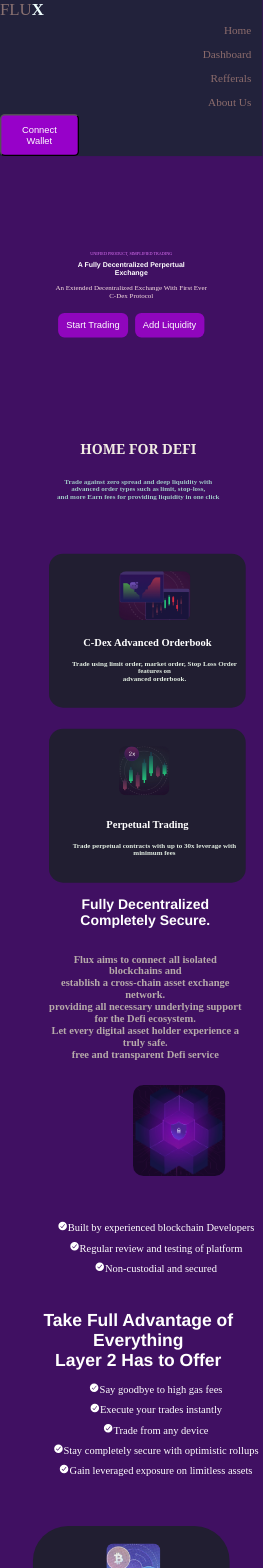
Repository: Tobby004/Flux-figma
Page: index.html
The author's editor kept a copy of each file at every save. The page is drawn from the files as they stood at one save, then again after the next save.
The browser window is 375 px wide. The pictures show the part of the page from y = 0 to 2240 px (the page is 2810 px tall), at 70% of full size.

Above is the page before, as saved 2023-04-29 05:58:03.

### index.html
<!DOCTYPE html>
<html lang="en">
<head>
    <meta charset="UTF-8">
    <meta http-equiv="X-UA-Compatible" content="IE=edge">
    <meta name="viewport" content="width=device-width, initial-scale=1.0">
    <title>Flux Template</title>
    <link rel="stylesheet" href="style.css">
</head>
<body>
   <nav class="navbar">
    <div class="logo">FLU<b>X</b></div>
    <a href="#" class="toggle-title">
        <span class="bar"></span>
        <span class="bar"></span>
        <span class="bar"></span>
    </a>
    <div class="navbar-link">
        <ul>
            <li><a href="#">Home</a></li>
            <li><a href="#">Dashboard</a></li>
            <li><a href="#">Refferals</a></li>
            <li><a href="#">About Us</a></li>
            <button>Connect Wallet</button>
        </ul>
    </div>
   </nav>
    <br><br>
    <h4>UNIFIED PRODUCT, SIMPLIFIED TRADING</h4>
    <h2> A Fully Decentralized Perpertual <br>Exchange </h2>
    <p>An Extended Decentralized Exchange With First Ever <br>C-Dex Protocol</p>
    <div class="button">
        <input type="button" value="Start Trading">
        <input type="button" value="Add Liquidity">
    </div>
<br>
<br>
<div class="section1">
    <h4>HOME FOR DEFI</h4>
    <p>Trade against zero spread and deep liquidity with<br> advanced order types such as limit, stop-loss,<br> and more Earn fees for providing liquidity in one click</p>
</div>
<br><br>
<div class="box">
    <div class="box1">
       <img src="img1.jpg">
  <h3>C-Dex Advanced Orderbook</h3>
  <p>Trade using limit order, market order, Stop Loss Order features on <br>advanced orderbook.</p>
    </div>
    <div class="box2">
        <img src="img2.jpg">
        <h3>Perpetual Trading</h3>
        <p>Trade perpetual contracts with up to 30x leverage with minimum fees</p>
    </div>
</div>
<section>
    <h1>Fully Decentralized <br>Completely Secure.</h1>
    <h6>Flux aims to connect all isolated blockchains and <br>establish a cross-chain asset exchange network.<br>providing all necessary underlying support for the Defi ecosystem.<br> Let every digital asset holder experience a truly safe.<br>free and transparent Defi service</h6>
    <img src="IMG3.jpg">
</section>
    <checkbox>
       <a><ion-icon name="checkmark-circle"></ion-icon>Built by experienced blockchain Developers</i></a>
       <a><ion-icon name="checkmark-circle"></ion-icon>Regular review and testing of platform</a>
       <a><ion-icon name="checkmark-circle"></ion-icon>Non-custodial and secured</a>
       </checkbox>
    <h1>Take Full Advantage of Everything <br>Layer 2 Has to Offer</h1>
    <checkbox>
        <a><ion-icon name="checkmark-circle"></ion-icon>Say goodbye to high gas fees</a>
        <a><ion-icon name="checkmark-circle"></ion-icon>Execute your trades instantly</a>
        <a><ion-icon name="checkmark-circle"></ion-icon>Trade from any device</a>
        <a><ion-icon name="checkmark-circle"></ion-icon>Stay completely secure with optimistic rollups</a>
        <a><ion-icon name="checkmark-circle"></ion-icon>Gain leveraged exposure on limitless assets</a>
    </checkbox>
   <div class="boxing">
    <div class="box3">
        <img src="img5.jpg">
        <h3>C-Dex Advanced Orderbook</h3>
        <p>User buy and sell crypto directly to / from the <br>self custodial wallet of their choice. No Deposits, only. direct crypto-flat transfers</p>
    </div>
   </div>
    <div class="container">
        <h1>FLU<b>X<b/></h1>
        <ul>
        <li><a href="#">Getting started</a></li>
        <li><a href="#">Support</a></li>
        <li><a href="#">FAQ</a></li>
        <li><a href="#">Terms Of Service</a></li>
     <icon1>
    <ion-icon name="logo-twitter"></ion-icon>
    <ion-icon name="logo-facebook"></ion-icon>
    <ion-icon name="logo-instagram"></ion-icon>
    </icon>
    <li><p>Copright 2023 Flux.All Rights Reserved</p></li>
</ul>
</div>
</body>
<script type="module" src="https://unpkg.com/ionicons@7.1.0/dist/ionicons/ionicons.esm.js"></script>
<script src="nav.js"></script>
</html>

### style.css
*{
    box-sizing: border-box;
}
body {
    margin: 0;
    padding: 0;
    background-color: rgb(64, 16, 98);
}
.navbar {
    display: flex;
    justify-content: space-between;
    align-items: center;
    background-color: rgb(34, 34, 59);
    color: rgb(137, 113, 113);
}
.navbar b {
    color: azure;
}
.logo {
    font-size: 1.5rem;
    margin: .5 rem;
}
.navbar-link ul {
   margin: 0;
   padding: 0;
   display: flex;
}
.navbar-link li {
    list-style: none;
}
.navbar-link li a {
    text-decoration: none;
    color: rgb(140, 108, 108);
    padding: 1rem;
    display: block;
}
.navbar-link li :hover{
    color: #555;
}
.toggle-button {
    position: absolute;
    top: .75rem;
    right: 1rem;
    display: none;
    flex-direction: column;
    justify-content: space-between;
    width: 30px;
    height: 21px;
}
.toggle-button .bar {
    height: 3px;
    width: 100%;
    background-color: white;
    border-radius: 10px;
}
 .navbar-link button{
    padding: 13px;
    background:rgb(151, 1, 201);
    border-radius: 7px;
    color: white;
}
h4 {
    margin-top: 100px;
    text-align: center;
    color: rgb(226, 117,252);
}
h2 {
    text-align: center;
    font-size: 50px;
    font: 600px;
    font-family: 'Franklin Gothic Medium', 'Arial Narrow', Arial, sans-serif;
    color: white;
}
p {
    text-align: center;
    color: rgb(248, 225, 225);
}
.button {
    display: flex;
    padding: 10px;
    gap: 10px;
    justify-content: center;
}
input[type="button"]{
    padding: 20px;
    width: 150px;
    border-radius: 9px;
    border: none;
    color: white;
    background-color: rgb(144, 6, 189);
}
 div h4 {
    color: rgb(241, 235, 227);
    font-size: 40px;
    font-weight: lighter;

}
 div p {
    color: rgb(158, 197, 197);
    font-size: 20px;
    font-weight: lighter;
}
.box {
    margin: auto;
    display: flex;
    gap: 20px;
    margin-left: 100px;
}
.box1{
    height: 290px;
    width: 580px;
    background-color: rgb(33, 30, 49);
    border-radius: 20px;
}
.box1 h3 {
    text-align: center;
    color: white;
    font-size: 25px;
    margin-top: 20px;
}
.box1 p {
    text-align: center;
    color: rgb(225, 236, 225);
}
.box1 img{
    margin-top: 25px;
    height: 120px;
    border-radius: 10px;
   margin-left: 200px;
}
.box2 {
    height: 290px;
    width: 580px;
    background-color: rgb(33, 30, 49);
    border-radius: 20px;
}
.box2 h3{
    text-align: center;
    font-size: 25px;
    color: white;
    margin-top: 30px;
}
.box2 p {
    text-align: center;
    color: rgb(225, 236, 225);
}
.box2 img {
    margin-top: 25px;
    height: 120px;
    border-radius: 10px;
   margin-left: 200px;
}
section h1 {
    margin-left: 70px;
    color: white;
    font-size: 50px;
    margin-top: 100px;
}
section img{
    height: 350px;
    border-radius: 15px;
    border: none;
   margin-left: 100px;
   margin-bottom: 50px;

}
section h6 {
    color: rgb(182, 170, 170);
    font-size: 20px;
    margin-left: 70px;
}

checkbox a {
    display: block;
    font-size: 20px;
    position: relative;
    color: white;
    margin-left: 70px;
}

h1 {
    color: white;
    font-size: 50px;
    margin-top: 50px;
    margin-left: 70px;
}
.boxing{
    margin-top: 70px;
}
.box3 {
    margin-bottom: 300px;
    margin: auto;
    height: 320px;
    width: 980px;
    border-radius: 50px;
    border: none;
    background: rgb(33, 30, 49);
}
.box3 img {
  margin-top: 25px;
  height: 80px;
  margin-left: 400px;
  border-radius: 10px;
}
.box3 h3{
    text-align: center;
    color: white;
    font-size: 25px
}
.container{
    height: 390px;
    margin-right: auto;
    margin-left: auto;
    background: rgb(26, 7, 41);
}
.container h1 {
    margin-top: 20px;
    color: white;
    text-align: center;
    font-family: 'Segoe UI', Tahoma, Geneva, Verdana, sans-serif;
}
.container b {
    color: rgb(218, 0, 255);
    font-family: 'Segoe UI', Tahoma, Geneva, Verdana, sans-serif;
}
.container ul {
    margin: auto;
    text-align: center;

}
.container li {
    display: inline;
    text-align: center;
}
.container a {
    text-decoration: none;
    font-size: 20px;
    padding: 10px;
    color: rgb(163, 157, 221);
}
.container icon1 {
    display: flex;
    gap: 8px;
    margin-top: 20px;
    margin-left: 40px;
    color: rgb(163, 157, 221);
    font-size: 30px;
}
.container li p {
    color: rgb(163, 157, 221);
    font-size: 20px;
    margin-left: 50px;
}


@media screen and (max-width:400px)
{
 h4 {
    font-size: 6px;
    text-align: center;
    font-weight: lighter;
 }
 h2 {
    font-size: 10px;
    text-align: center;

 }
 input[type="button"]{
    padding: 10px;
    display: flex;
    justify-content: center;
    width: 28%;
 }
div h4 {
    font-size: 20px;
    text-align: center;
    font-weight: bolder;
    margin-left: 20px;
    font-family: Georgia, 'Times New Roman', Times, serif;
}
p {
    font-size: 10px;
    text-align: center;
}
 div p {
    font-size: 10px;
    text-align: center;
    font-weight: bolder;
    margin-left: 20px;
 }
 .box {
    display: inline-block;
    margin-inline: 20px;
    gap: 30px;
    margin-left: auto;
    margin-right: auto;
 }
 .box1{
    margin-top: 30px;
    height: 220px;
    width: 75%;
    margin-left: 70px;
 }
 .box1 img {
    height: 70px;
    margin-left: 100px;
 }
 .box1 h3{
   font-size: 15px;
 }
 .box1 p{
    font-size: 10px;
 }
 .box2 {
    margin-top: 30px;
    height: 220px;
    width: 75%;
    margin-left: 70px;
 }
 .box2 img {
   height: 70px;
   margin-left: 100px;
 }
 .box2 h3 {
   font-size: 15px;
 }
 .box2 p {
   font-size: 10px;
 }
 section img {
    height: 130px;
    margin-left: 190px;
 }
 section h1 {
    margin-top: 20px;
    text-align: center;
    font-size: 20px;
    margin-top: 20px;
    margin-right: 30px;
 }
 section h6 {
    font-size: 15px;
    text-align: center;
    margin-right: 30px;
 }
 h1 {
    font-size: 25px;
    font-family: 'Franklin Gothic Medium', 'Arial Narrow', Arial, sans-serif;
    margin-left: 20px;
    text-align: center;
 }
 checkbox a {
    font-size: 15px;
    margin-top: 10px;
    text-align: center;
 }
 .box3 {
    height: 220px;
    width: 75%;
 }
.box3 img {
    height: 70px;
    margin-left: 105px;
}
.box3 h3 {
    font-size: 15px;
    text-align: center;
}
.box3 p{
font-size: 10px;
margin-left: 10px;
}
.container li a{
    display: block;
    font-weight: lighter;
    margin-bottom: 10px;
    font-size: 10px;
}
.container icon1{
    display: block;
    font-size: 20px;
}
.container li p {
    margin-right: 20px;
    font-size: 8px;
}
.toggle-button {
    display: flex;
}
.navbar-link {
    /*display: none;*/
    width: 100%;
}
.navbar {
    flex-direction: column;
    align-items: flex-start;
}
.navbar-link ul {
    width: 100%;
    flex-direction: column;
}
.navbar-link li {
    text-align: end;
}
.navbar-link li a {
    padding: .5rem 1rem;
}
.navbar-link button {
    width: 30%;
}
}

Loaded but not shown: nav.js (common file)

After the next save:
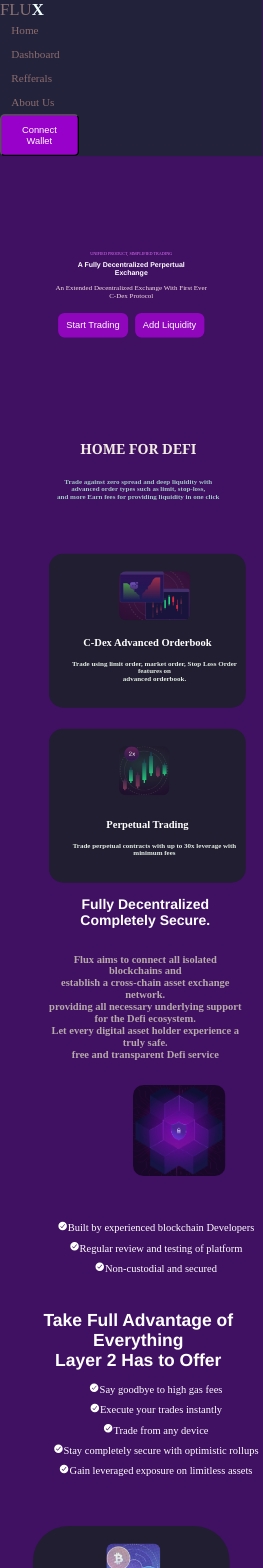
Saved 50 s later.
--- a/style.css
+++ b/style.css
@@ -400,12 +400,13 @@ margin-left: 10px;
     flex-direction: column;
 }
 .navbar-link li {
-    text-align: end;
+    text-align: start;
 }
 .navbar-link li a {
     padding: .5rem 1rem;
 }
 .navbar-link button {
     width: 30%;
-}
-}
+
+}
+}
